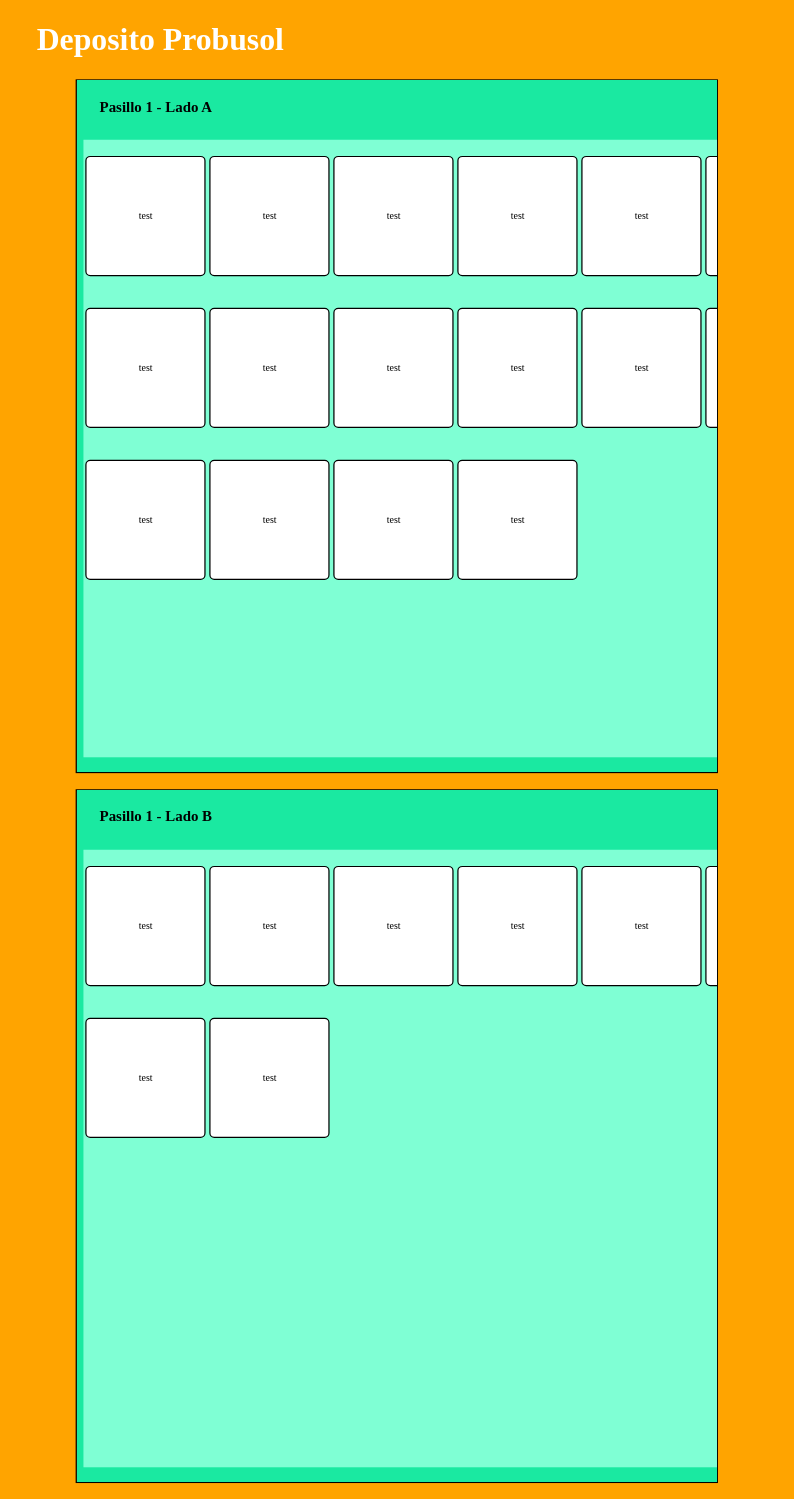
Repository: Franzcod/DepoStock_Web
Page: index.html
These files come from the project's save history. The page is drawn as it stood at one moment and after the next save; the edit follows.
The browser window is 1280 px wide. The pictures show the whole page, at 62% of full size.

Above is the page before, as saved 2020-06-07 18:20:43.
Console error: ReferenceError: ur is not defined

### index.html
<!DOCTYPE html>
<html lang="en">
<head>
    <meta charset="UTF-8">
    <meta name="viewport" content="width=device-width, initial-scale=1.0">
    <title>Deposito Probusol</title>

    <link rel="stylesheet" href="estilo/estilo.css">
</head>
<body>

    <div class="titulo">
        <h1>Deposito Probusol</h1>
    </div>


    <div class="app">
        <h2>Pasillo 1 - Lado A</h2>

        <ul class="hs">
            <li class="item">test</li>
            <li class="item">test</li>
            <li class="item">test</li>
            <li class="item">test</li>
            <li class="item">test</li>
            <li class="item">test</li>
            <li class="item">test</li>
            <li class="item">test</li>
            <li class="item">test</li>
            <li class="item">test</li>
            <li class="item">test</li>
            <li class="item">test</li>
            <li class="item">test</li>
            <li class="item">test</li>
            <li class="item">test</li>
            <li class="item">test</li>
            <li class="item">test</li>
            <li class="item">test</li>
            <li class="item">test</li>
            <li class="item">test</li>
            <li class="item">test</li>
            <li class="item">test</li>
            <li class="item">test</li>
            <li class="item">test</li>

        </ul>

        <!-- <div class="container">
            <div class="item">
            <h3>Block for context</h3>
            </div>
        </div> -->
    </div>

    <div class="app">
        <h2>Pasillo 1 - Lado B</h2>

        <ul class="hs">
            <li class="item">test</li>
            <li class="item">test</li>
            <li class="item">test</li>
            <li class="item">test</li>
            <li class="item">test</li>
            <li class="item">test</li>
            <li class="item">test</li>
            <li class="item">test</li>
            <li class="item">test</li>
            <li class="item">test</li>
            <li class="item">test</li>
            <li class="item">test</li>

        </ul>

        <!-- <div class="container">
            <div class="item">
            <h3>Block for context</h3>
            </div>
        </div> -->
    </div>






    <script>ur</script>

</body>







</html>

### estilo/estilo.css
html{
    background-color: rgba(255, 164, 0, 1);
}

.titulo{
    margin: 2vw 4vw;
    align-items: flex-start;
    color: #fff;
    font-size: 2vw;
}


:root {
--gutter: 20px;
}

.app {
    padding: 10px;
    display: grid;
    grid-gap: var(--gutter) 0;
    border: 2px solid black;
    /* grid-template-columns: var(--gutter) 1fr var(--gutter);  */
    align-content: start;
    width: 80%;
    height: 75%;
    background: rgb(26, 233, 161);
    /* overflow-y: scroll; */
    margin: 2vw auto;
    overflow-x: auto;
}


.hs {
    display: grid;
    grid-template-columns: repeat(10, 1fr);
    grid-template-rows: repeat(4, 2fr);
    overflow-x: auto;
    /* scroll-snap-type: x proximity; */
    padding-bottom: calc(.75 * var(--gutter));
    margin-bottom: 1vw;
    background-color: aquamarine;
    width: 2000px;
}

/* Demo styles */

ul {
    list-style: none;
    padding: 0;
    margin: 0;
}


h2{
    margin-left: 2vw;
}
h3 {
    margin: auto;
}



.hs > li,
.item {
    /* scroll-snap-align: center; */
    padding: calc(var(--gutter) / 1 );
    display: flex;
    flex-direction: column;
    justify-content: center;
    align-items: center;
    background: #fff;
    border: 2px solid black;
    border-radius: 8px;
    height: 150px;
    width: 150px;
    margin: 2vw auto;

}

After the next save:
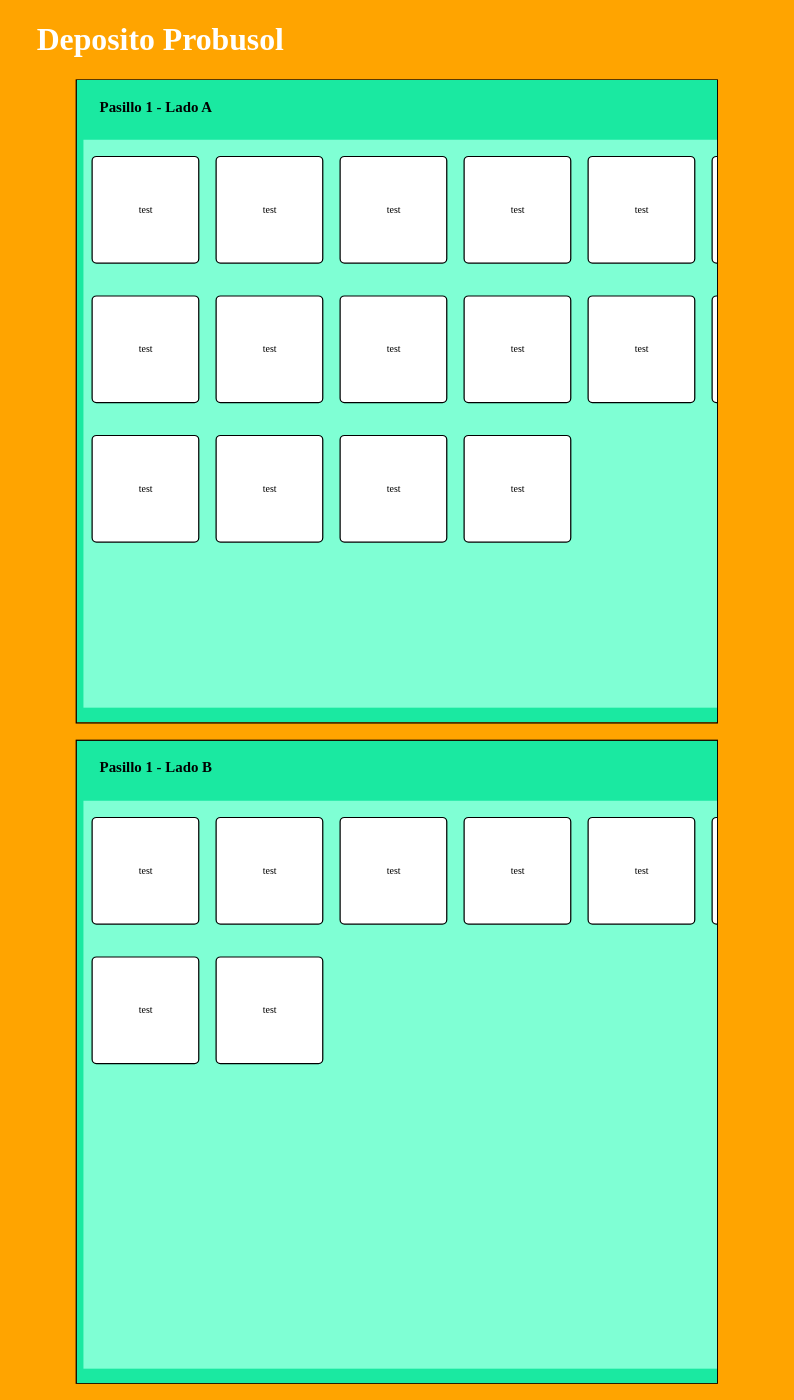
Saved 114 s later.
--- a/estilo/estilo.css
+++ b/estilo/estilo.css
@@ -63,7 +63,7 @@ h3 {
 .hs > li,
 .item {
     /* scroll-snap-align: center; */
-    padding: calc(var(--gutter) / 1 );
+    padding: 10px;
     display: flex;
     flex-direction: column;
     justify-content: center;
